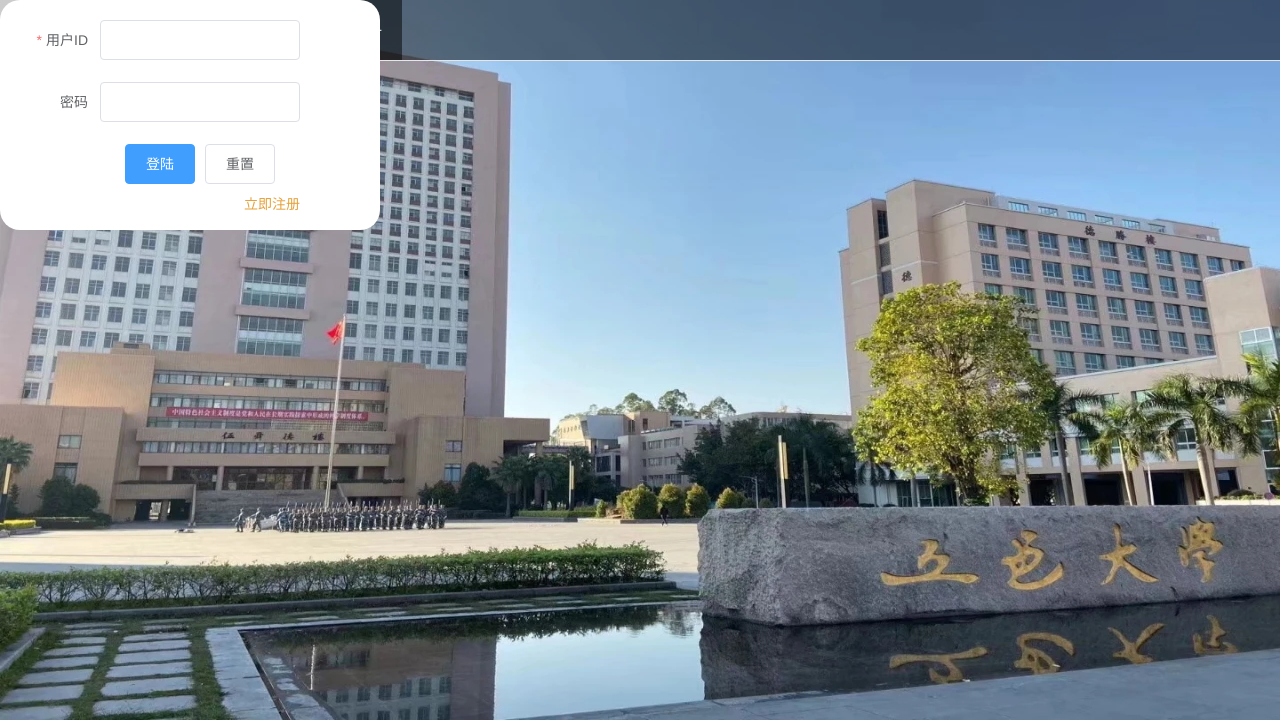
Repository: Akron-xz/helloVue
Page: /#/userLogin (app in vue-library/)
An editor plug-in stored every save of this project. The page is shown before and after the next save, followed by the edit.
The browser window is 1280 px wide. The pictures show the whole page.
The project was rebuilt for these pictures with package versions that can differ from the ones it lists, and the page was loaded fresh each time. Also part of the build but not shown: vue-library/src/views/Home.vue.

Above is the page before, as saved 2020-11-24 21:14:16.

### vue-library/src/main.js
import Vue from 'vue'
import App from './App.vue'
import ElementUI from 'element-ui';
import 'element-ui/lib/theme-chalk/index.css';
import axios from "axios"
import router from './router'
import Router from 'vue-router'

const routerPush = Router.prototype.push
Router.prototype.push = function push(location) {
    return routerPush.call(this, location).catch(error => error)
}

Vue.config.productionTip = false
Vue.use(ElementUI);
Vue.prototype.$axios = axios;


new Vue({
    router,
    render: h => h(App)
}).$mount('#app')

### vue-library/src/router/index.js
import Vue from 'vue'
import VueRouter from 'vue-router'
import Home from '../views/Home.vue'


Vue.use(VueRouter)

const routes = [{
        path: '/',
        name: 'Home',
        component: Home
    },
    {
        path: '/about',
        name: 'About',
        // route level code-splitting
        // this generates a separate chunk (about.[hash].js) for this route
        // which is lazy-loaded when the route is visited.
        component: () =>
            import ( /* webpackChunkName: "about" */ '../views/About.vue')
    },
    {
        path: '/admin',
        name: 'Admin',
        // route level code-splitting
        // this generates a separate chunk (about.[hash].js) for this route
        // which is lazy-loaded when the route is visited.
        component: () =>
            import ( /* webpackChunkName: "about" */ '../views/Administrator.vue')
    },
    {
        path: "/userLogin",
        name: "UserLogin",
        component: () =>
            import ('../views/UserLogin.vue')
    },
    {
        path: "/user",
        name: "User",
        component: () =>
            import ( /* webpackChunkName: "about" */ '../views/User.vue')
    },
    {
        path: "/signup",
        name: "SignUp",
        component: () =>
            import ('../views/SignUp.vue')
    },
    {
        path: "/adminmain",
        name: "AdminMain",
        component: () =>
            import ('../views/AdminMain.vue')
    },
    {

        path: "/MyInformation",
        name: "MyInformation",
        component: () =>
            import ('../views/MyInformation.vue')
    },
    {
        path: "/library",
        name: "Library",
        component: () =>
            import ( /* webpackChunkName: "about" */ '../views/Library.vue')

    },
    {
        path: "/modifymsg",
        name: "ModifyMsg",
        component: () =>
            import ('../views/ModifyMsg.vue')
    },
    {
        path: "/borrowhistory",
        name: "BorrowHistory",
        component: () =>
            import ('../views/BorrowHistory.vue')
    },
    {
        path: "/newissue",
        name: "NewIssue",
        component: () =>
            import ('../views/NewIssue.vue')
    },
    {
        path: "/booksearch",
        name: "BookSearch",
        component: () =>
            import ('../views/BookSearch.vue')
    },
    {
        path: "/MyBookshelves",
        name: "MyBookshelves",
        component: () =>
            import ('../views/MyBookshelves.vue')
    },
    {
        path: "/modifyAnnounce",
        name: "ModifyAnnounce",
        component: () =>
            import ('../views/ModifyAnnounce.vue')
    },
    {
        path: "/statistics",
        name: "Statistics",
        component: () =>
            import ('../views/Statistics.vue')
    },


]

const router = new VueRouter({
    routes
})

export default router

### vue-library/src/views/UserLogin.vue
<template>
<div  class="login-container">
      <!-- need to change (fixed)-->
      <homeNavigation></homeNavigation>
      <el-header>图书馆管理系统  用户登陆</el-header>
      <div class="loginBox">
        <el-form :model="ruleForm" :rules="rules" ref="ruleForm" label-width="100px" class="demo-ruleForm">
          <el-form-item label="用户ID" prop="userId">
            <el-input v-model="ruleForm.userId"></el-input>
          </el-form-item>
          <el-form-item label="密码" prop="password">
            <el-input v-model="ruleForm.password" type="password"></el-input>
        </el-form-item>
        <el-form-item>
          <el-button type="primary" @click="submitForm('ruleForm')">登陆</el-button>
          <el-button @click="resetForm('ruleForm')">重置</el-button>
          <el-link type="warning" @click="toSignUp">立即注册</el-link>
        </el-form-item>
      </el-form>
    </div>


      <!-- <div class="loginBox">
        <el-form :model="ruleForm" :rules="rules" ref="ruleForm" label-width="100px" class="demo-ruleForm">
          <el-form-item label="用户名" prop="username">
            <el-input v-model="ruleForm.username"></el-input>
          </el-form-item>
          <el-form-item label="密码" prop="password">
           <el-input v-model="ruleForm.password" type="password"
              oncopy="return false"
              onpaste="return false"
              oncut="return false"></el-input>
          </el-form-item>
          <el-form-item>
            <el-button type="primary" @click="submitForm('ruleForm')">登陆</el-button>
            <el-button @click="resetForm('ruleForm')">重置</el-button>
          </el-form-item>
        </el-form>
      </div> -->

</div>
</template>


<script>
import axios from "axios"
import homeNavigation from '@/components/homeNav.vue'
export default {
    components:{
        homeNavigation
    },
    data() {
      var validatePass = (rule, value, callback) => {
        if (value === '') {
          callback(new Error('请输入密码'));
        } else {
          callback();
        }
      };

    return {
          ruleForm: {
          userId: '',
          password:'',
        },

        user:[],

        rules:{
            userId:[
                { required: true, message: '请输入用户名', trigger: 'blur'}
            ],

             password: [
            { validator: validatePass, trigger: 'blur' },
            { min: 8, max: 24,message: '长度应在 8 到 24 个字符', trigger: 'blur'}
          ],
        },
    };


    },
      methods: {
      //用户登录
      submitForm(formName) {
        this.$refs[formName].validate((valid) => {
          if (valid) {
            axios({
              method:"post",
              url:"http://localhost:8081/login",
              params : {
                id : parseInt(this.ruleForm.userId),
                password : this.ruleForm.password,
              }
            }).then(res=>{
              // 获取后台返回的数据
              // 若有就得到json，若无就得到空
              this.user = res.data;
              console.log(this.user);

              // 结果是undefined
              // 应该是数组的大小被改变后length就为undefined
              console.log(this.user.length);

              if (this.user) {
                console.log("登陆成功");
                // session保存登录的用户信息
                sessionStorage.setItem("userSession", JSON.stringify(this.user));
                // console.log(JSON.parse(sessionStorage.getItem("userSession")));

                // 路由跳转
                this.$router.push({path:'/user'});

              } else {
                this.$message({
                  message: '登录失败！请检查你的账号和密码是否正确。',
                  type: 'error'
                });
                this.ruleForm.userId = "";
                this.ruleForm.password = "";
              }
            })
          } else {
            console.log('错误的表单提交');
            return false;
          }
        });
      },
      resetForm(formName) {
        this.$refs[formName].resetFields();
      },
      toSignUp(){
            this.$router.push({path:'/SignUp'})
      },
    }

}
</script>

<style scoped>
.login-container{
    position: fixed;
    display: flex;
    flex-direction: column;
    left: 0;
    top:0;
    width: 100%;
    height: 100%;
    background-repeat: no-repeat;
    background-size: 100% 100%;
    background-image: url(/img/divBg/bg20.jpg);
}
.demo-ruleForm{
        position: absolute;
        top: 20px;
        width: 300px;
        height: 50px;
 }

.el-header {
    text-align: left;
    line-height: 60px;
    font-weight: 1000;
    font-size: 30px;
    color: black;
    letter-spacing: 0.04em;
  }

.loginBox{
  position: absolute;
  align-items: center;

  width: 380px;
  height: 230px;
  border-radius: 20px;
  background: white;
}

.el-link{
  float: right;
}

.img{
  margin-left: 100px;
  height: 100px;
  width: 1000px;
}

</style>

### vue-library/src/components/homeNav.vue
<template>

    <div class="navigation-bar">
        <el-menu
            class="el-menu-demo"
            mode="horizontal"
            @select="handleSelect"
            background-color="#00000080"
            text-color="#ffffff"
            text-font="15px"
            border="none"
            >


            <el-menu-item index="1" @click="toMain">
                <img src="/img/libraryIcon.png" alt="" target="_self" class="libraryIcon">
            </el-menu-item>

            <el-menu-item index="2" @click="toLogin">
                <a  target="_self"  >用户登陆</a>
            </el-menu-item>

            <el-menu-item index="3" @click="toAdministrator">
                <a  target="_self">管理员登陆</a>
            </el-menu-item>

            <el-menu-item index="4" @click="toSignUp">
                <a  target="_self">用户注册</a>
            </el-menu-item>

            <!-- <el-menu-item index="5" @click="toLibrary">
                <a  target="_self">图书馆</a>
            </el-menu-item> -->

            <!-- <el-menu-item index="6" class="exitIcon">
                <img src="/img/logoutIcon.png" alt="" target="_self" class="logoutIcon">
            </el-menu-item> -->

            <!-- <el-menu-item index="6" @click="toMain">
                <a  target="_self">返回主页</a>
            </el-menu-item> -->
        </el-menu>

    </div>
</template>

<script>
export default {
    name:"Nav",
    data() {
      return {
        activeIndex: '1'
      }
    },
    methods: {
    handleSelect(key, keyPath) {
      console.log(key, keyPath);
    },
    toMain(){
      this.$router.push({path:'/'});
    },

    toLogin(){
      this.$router.push({path:'/UserLogin'});
    },
    toAdministrator(){
      this.$router.push({path:'/Admin'});
    },
    toSignUp(){
      this.$router.push({path:'/SignUp'});
    },




  },

}
</script>>

<style scoped>
.libraryIcon{
  height: 60px;
  width: 60px;
}

.exitIcon{
  float: right;
}

.logoutIcon{
  height: 40px;
  width: 40px;
}

</style>>

Loaded but not shown: vue-library/public/index.html (common file); vue-library/src/App.vue (common file)

After the next save:
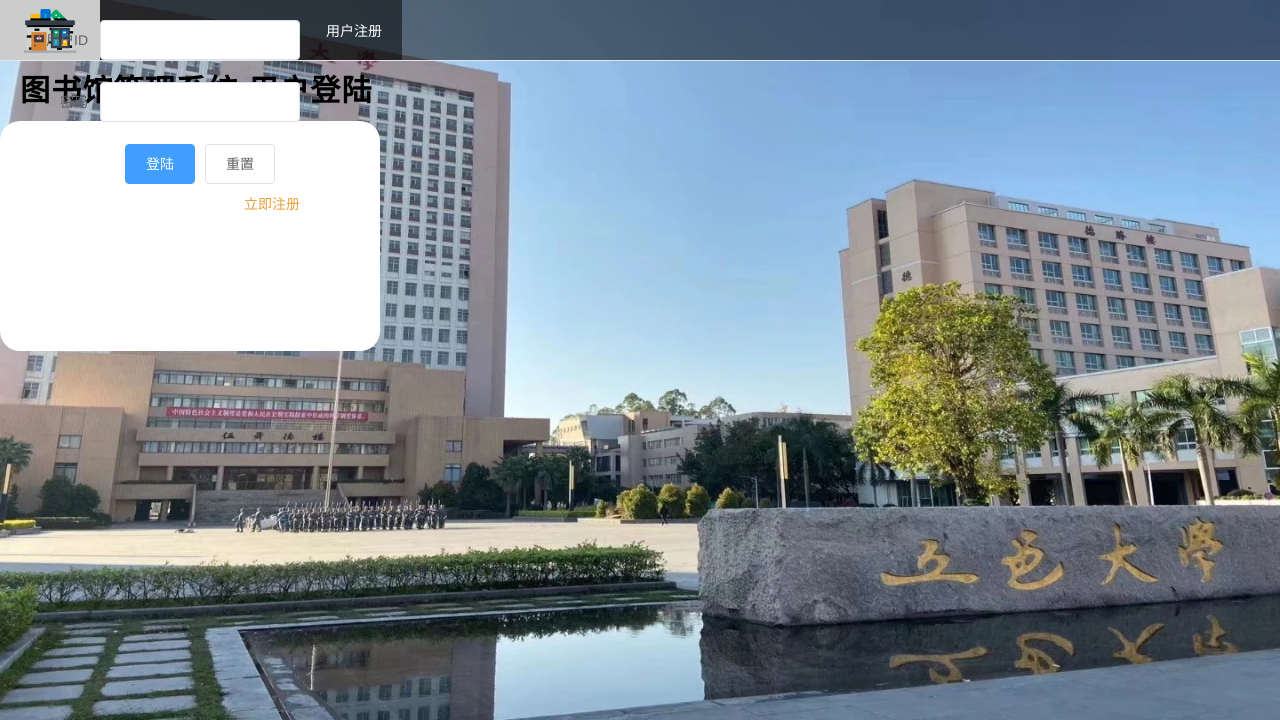
Saved 6 s later.
--- a/vue-library/src/views/UserLogin.vue
+++ b/vue-library/src/views/UserLogin.vue
@@ -167,7 +167,7 @@
   }
 
 .loginBox{
-  position: absolute;
+
   align-items: center;
 
   width: 380px;

After the save that followed:
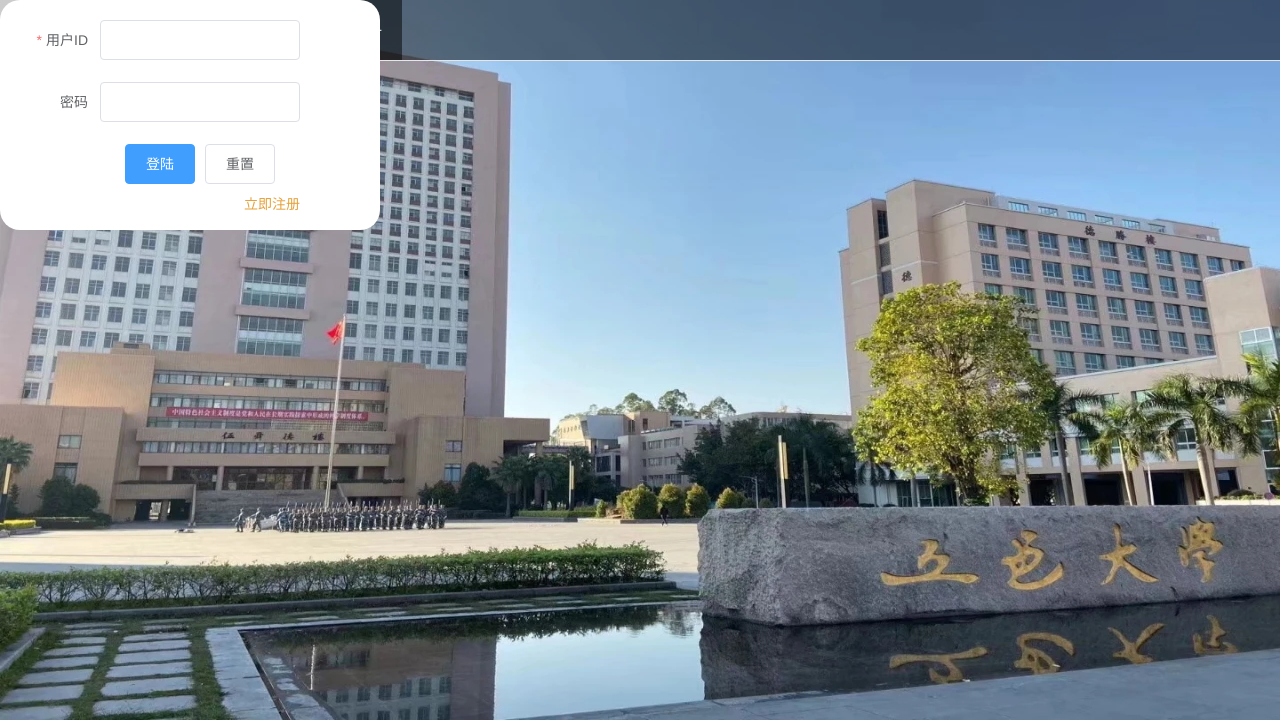
Saved 4 s later.
--- a/vue-library/src/views/UserLogin.vue
+++ b/vue-library/src/views/UserLogin.vue
@@ -167,7 +167,7 @@
   }
 
 .loginBox{
-
+  position: absolute;
   align-items: center;
 
   width: 380px;
